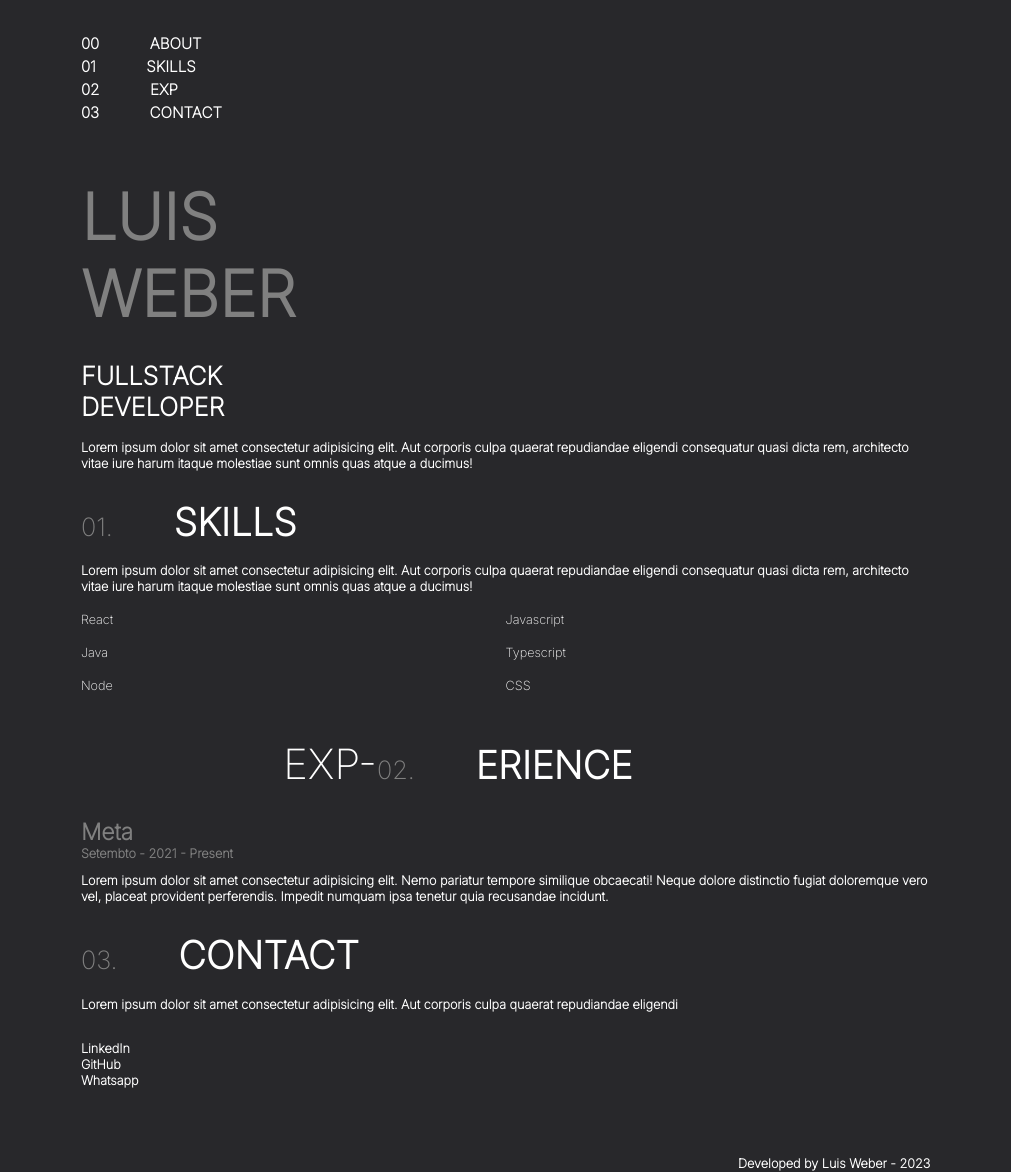
Repository: luiswh1/Portfolio
Page: /
These files come from the project's save history. The page is drawn as it stood at one moment and after the next save; the edit follows.
The browser window is 1280 px wide. The pictures show the whole page, at 79% of full size.
The project was rebuilt for these pictures with package versions that can differ from the ones it lists, and the page was loaded fresh each time.

Above is the page before, as saved 2023-05-28 18:25:10.

### public/index.html
<!DOCTYPE html>
<html lang="en">
  <head>
    <meta charset="utf-8" />
    <link rel="icon" href="%PUBLIC_URL%/favicon.ico" />
    <meta name="viewport" content="width=device-width, initial-scale=1" />
    <meta name="theme-color" content="#000000" />
    <meta
      name="description"
      content="Web site created using create-react-app"
    />
    <link rel="apple-touch-icon" href="%PUBLIC_URL%/logo192.png" />
    <!--
      manifest.json provides metadata used when your web app is installed on a
      user's mobile device or desktop. See https://developers.google.com/web/fundamentals/web-app-manifest/
    -->
    <link rel="manifest" href="%PUBLIC_URL%/manifest.json" />
    <!--
      Notice the use of %PUBLIC_URL% in the tags above.
      It will be replaced with the URL of the `public` folder during the build.
      Only files inside the `public` folder can be referenced from the HTML.

      Unlike "/favicon.ico" or "favicon.ico", "%PUBLIC_URL%/favicon.ico" will
      work correctly both with client-side routing and a non-root public URL.
      Learn how to configure a non-root public URL by running `npm run build`.
    -->

    <link rel="preconnect" href="https://fonts.googleapis.com">
    <link rel="preconnect" href="https://fonts.gstatic.com" crossorigin>
    <link href="https://fonts.googleapis.com/css2?family=Inter:wght@200&family=Poppins:wght@200;300&display=swap" rel="stylesheet">
    <title>React App</title>
  </head>
  <body>
    <noscript>You need to enable JavaScript to run this app.</noscript>
    <div id="root"></div>
    <!--
      This HTML file is a template.
      If you open it directly in the browser, you will see an empty page.

      You can add webfonts, meta tags, or analytics to this file.
      The build step will place the bundled scripts into the <body> tag.

      To begin the development, run `npm start` or `yarn start`.
      To create a production bundle, use `npm run build` or `yarn build`.
    -->
  </body>
</html>

### src/index.tsx
import React from 'react';
import ReactDOM from 'react-dom/client';
import App from './App';
import GlobalStyle from './styles/globalStyles';

const root = ReactDOM.createRoot(
  document.getElementById('root') as HTMLElement
);
root.render(
  <React.StrictMode>
    <GlobalStyle />
    <App />
  </React.StrictMode>
);

### src/App.tsx
import React from 'react';
import Home from './Pages/Home';

function App() {
  return (
   <Home />
  );
}

export default App;

### src/styles/globalStyles.tsx
import { createGlobalStyle } from 'styled-components'


const GlobalStyle = createGlobalStyle`
* {
    margin: 0;
    font-family: Inter;
  }

  html, body {
    height: 100%;
    background-color: #28282B;
    color: white;
  }

`

export default GlobalStyle

### src/Pages/Home.tsx
import {
  Container,
  NameSection,
  StyledName,
  InnerContainer,
  Profession,
  About,
  LabelTitle,
  NumberIndex,
  IndexTitle,
  ListSkills,
  SkillItem,
  StyledSpanExp,
  Experience,
  Company,
  Date,
  Description,
  SectionContacts,
  ContactItem,
  FooterSection
} from "./HomeStyles";
import IndexList from "../Components/IndexList/IndexList";

const Home = () => {
  return (
    <Container>
      <InnerContainer>
        <IndexList />

        <NameSection>
          <StyledName>
            LUIS <br />
            WEBER
          </StyledName>
        </NameSection>

        <Profession>
          FULLSTACK <br />
          DEVELOPER
        </Profession>

        <About>
          Lorem ipsum dolor sit amet consectetur adipisicing elit. Aut corporis
          culpa quaerat repudiandae eligendi consequatur quasi dicta rem,
          architecto vitae iure harum itaque molestiae sunt omnis quas atque a
          ducimus!
        </About>

        <LabelTitle>
          <NumberIndex>01.</NumberIndex>
          <IndexTitle>SKILLS</IndexTitle>
        </LabelTitle>

        <About>
          Lorem ipsum dolor sit amet consectetur adipisicing elit. Aut corporis
          culpa quaerat repudiandae eligendi consequatur quasi dicta rem,
          architecto vitae iure harum itaque molestiae sunt omnis quas atque a
          ducimus!
        </About>

        <ListSkills>
          <SkillItem>React</SkillItem>
          <SkillItem>Javascript</SkillItem>
          <SkillItem>Java</SkillItem>
          <SkillItem>Typescript</SkillItem>
          <SkillItem>Node</SkillItem>
          <SkillItem>CSS</SkillItem>
        </ListSkills>

        <LabelTitle>
          {/* TODO Ajustar o EXP em diferente resoluções de celular, pois está ficando desalinhado com o ERIENCE */}
          <StyledSpanExp>EXP-</StyledSpanExp>
          <NumberIndex>02.</NumberIndex>
          <IndexTitle>ERIENCE</IndexTitle>
        </LabelTitle>

        <Experience>
          <Company>Meta</Company>
          <Date>Setembto - 2021 - Present</Date>
          <Description>
            Lorem ipsum dolor sit amet consectetur adipisicing elit. Nemo
            pariatur tempore similique obcaecati! Neque dolore distinctio fugiat
            doloremque vero vel, placeat provident perferendis. Impedit numquam
            ipsa tenetur quia recusandae incidunt.
          </Description>
        </Experience>

        <LabelTitle>
          <NumberIndex>03.</NumberIndex>
          <IndexTitle>CONTACT</IndexTitle>
        </LabelTitle>

        <About>
          Lorem ipsum dolor sit amet consectetur adipisicing elit. Aut corporis
          culpa quaerat repudiandae eligendi
        </About>

        <SectionContacts>
          <ContactItem>LinkedIn</ContactItem>
          <ContactItem>GitHub</ContactItem>
          <ContactItem>Whatsapp</ContactItem>
        </SectionContacts>

      <FooterSection>
        <h4>Developed by Luis Weber - 2023</h4>
      </FooterSection>

      </InnerContainer>
    </Container>
  );
};

export default Home;

### src/Pages/HomeStyles.tsx
import { styled } from "styled-components";

export const Container = styled.div`
  width: 100%;
  height: 100%;
  overflow: hidden;
`;

export const InnerContainer = styled.div`
  margin-left: 8vw;
  margin-right: 8vw;
`;

export const NameSection = styled.div`
  width: 100%;
  height: 100%;
  margin-top: 10vh;
`;

export const StyledName = styled.h1`
  font-size: 5em;
  color: gray;
`;

export const Profession = styled.h1`
margin-top: 5vh;
`

export const About = styled.p`
margin-top: 3vh;
color: white;
font-weight: bold;
`
export const LabelTitle = styled.div`
margin-top: 5vh;
`

export const NumberIndex = styled.span`
  font-size: 2em;
  color: gray;
  margin-right: 3vw;
`;

export const IndexTitle = styled.span`
  font-size: 3em;
  color: white;
  margin-left: 3vw;
  font-weight: bold;
`;


export const ListSkills = styled.div`
margin-top: 3vh;
display: flex;
  flex-wrap: wrap;
`;

export const SkillItem = styled.span`
flex-basis: 50%;
margin-bottom: 3vh;
color: white;
`;

export const StyledSpanExp = styled.span`
font-size: 3.3em;
color: white;
margin-left: 20vw;
`

export const Experience = styled.section`
margin-top: 5vh;
color: gray;
`

export const Company = styled.h5`
font-size: 1.8em;
`

export const Date = styled.h6`
font-size: 1em;
`

export const Description = styled.p`
color: white;
font-weight: bold;
margin-top: 2vh;
`

export const SectionContacts = styled.p`
margin-top: 5vh;
display: flex;
flex-wrap: wrap;
`

export const ContactItem = styled.span`
flex-basis: 100%;
color: white;
font-weight: bold;
`

export const FooterSection = styled.section`
margin-top: 12vh;
color: white;
font-weight: bold;
display: flex;
justify-content: flex-end;
`

### src/Components/IndexList/IndexList.tsx
import React from "react";
import { Sections, SectionItem } from "./IndexListStyles";

const IndexList = () => {
  return (
    <>
      <Sections>
        <SectionItem>
          <span>00</span>
          <span>ABOUT</span>
        </SectionItem>
        <SectionItem>
          <span>01</span>
          <span>SKILLS</span>
        </SectionItem>
        <SectionItem>
          <span>02</span>
          <span>EXP</span>
        </SectionItem>
        <SectionItem>
          <span>03</span>
          <span>CONTACT</span>
        </SectionItem>
      </Sections>
    </>
  );
};

export default IndexList;

### src/Components/IndexList/IndexListStyles.tsx
import { styled } from "styled-components";

export const Sections = styled.div`
margin-top: 6vh;
`

export const SectionItem = styled.span`
color: white;
font-size: 1.2rem;
font-weight: bold;
display: block;
span:first-child {
    margin-right: 5vw;
  }
  margin-top: 5px;
`

After the next save:
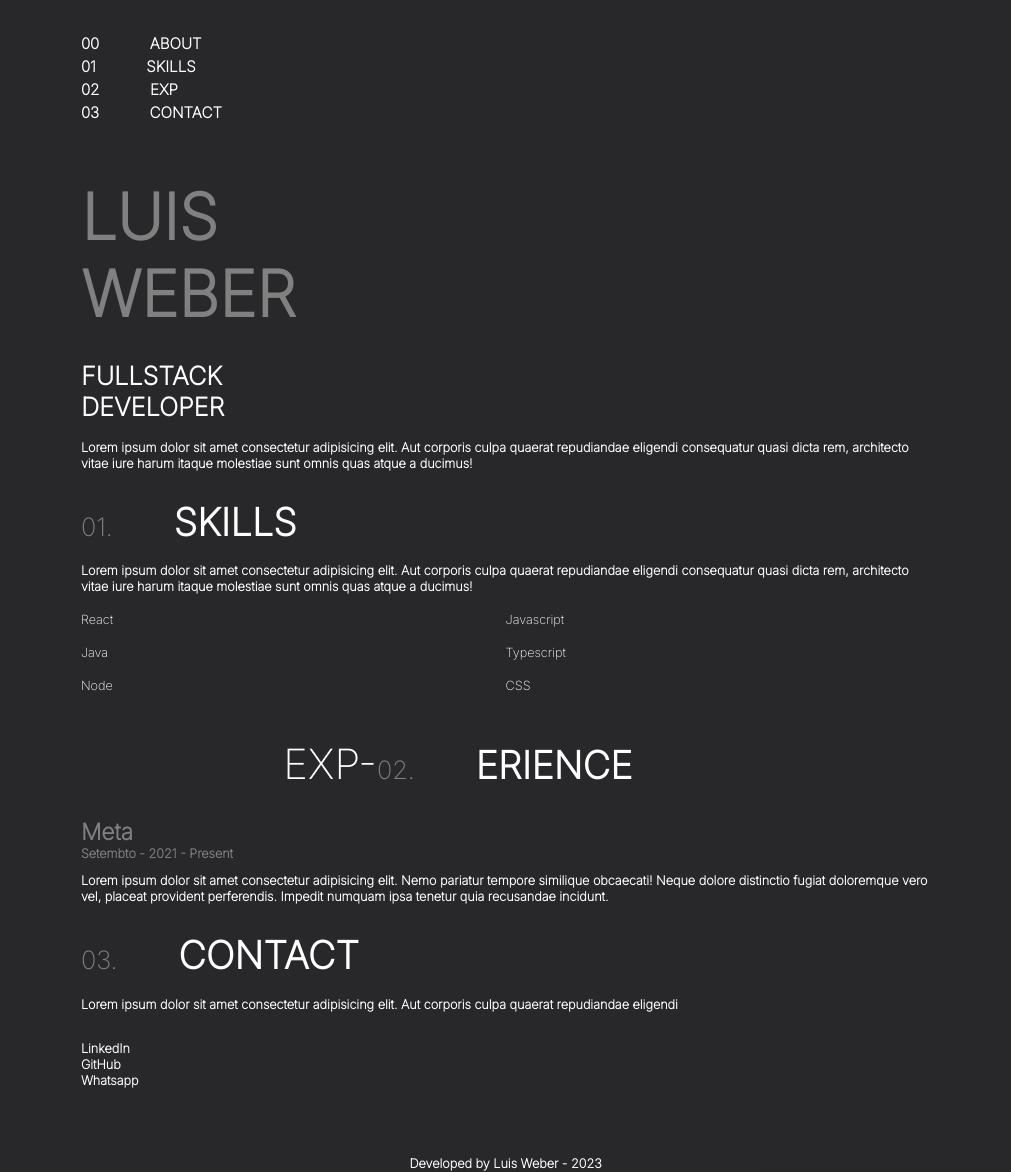
Saved 16 s later.
--- a/src/Pages/HomeStyles.tsx
+++ b/src/Pages/HomeStyles.tsx
@@ -103,5 +103,5 @@ margin-top: 12vh;
 color: white;
 font-weight: bold;
 display: flex;
-justify-content: flex-end;
+justify-content: center;
 `
